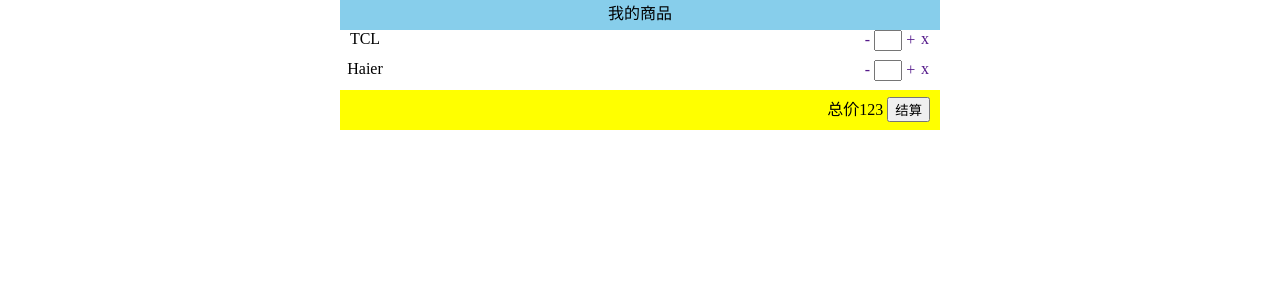
Repository: R1Deemo/Vue
Page: 10购物车.html
These files come from the project's save history. The page is drawn as it stood at one moment and after the next save; the edit follows.
The browser window is 1280 px wide. The pictures show the whole page.

Above is the page before, as saved 2022-11-14 15:37:58.

After the next save:
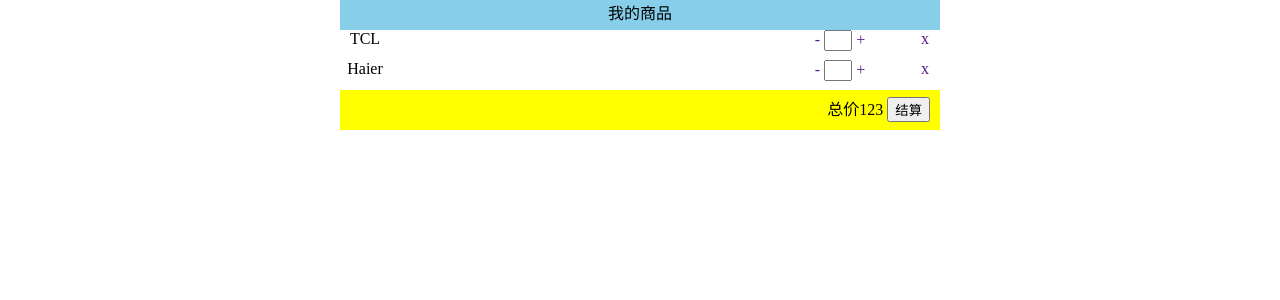
Saved 13 s later.
--- a/css/购物车.css
+++ b/css/购物车.css
@@ -23,7 +23,7 @@ html {
 .change {
     float: right;
     width: 80px;
-    padding-right: 10px;
+    padding-right: 60px;
 }
 
 a {
